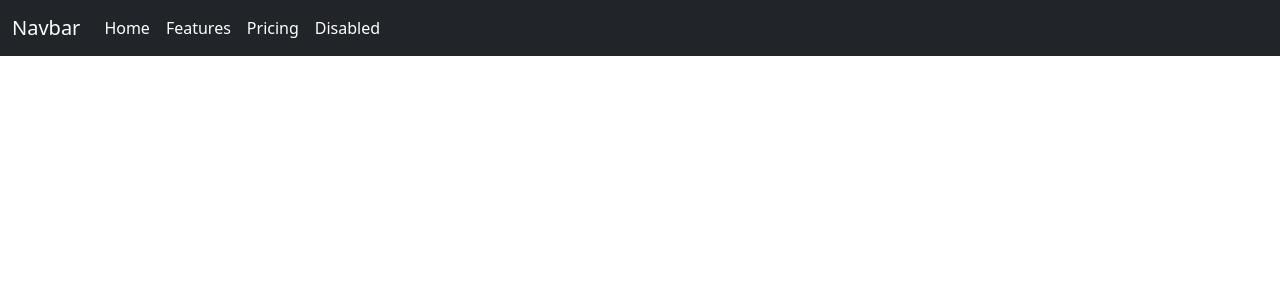
Repository: dhavalmaniyar/divakar
Page: http://localhost/
The author's editor kept a copy of each file at every save. The page is drawn from the files as they stood at one save, then again after the next save.
The browser window is 1280 px wide. The pictures show the whole page.
The page is served by the project's application, run on Django 3.2 (divakar_app/manage.py).

Above is the page before, as saved 2021-12-08 10:37:47.

After the next save:
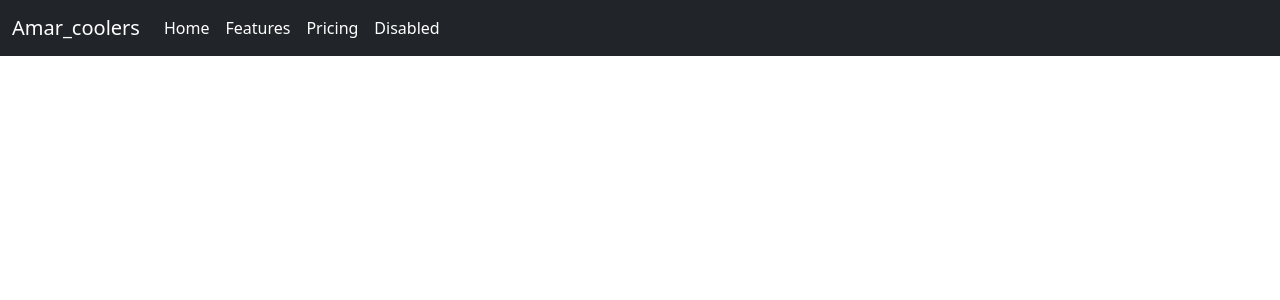
Saved 14 s later.
--- a/divakar_app/templates/base.html
+++ b/divakar_app/templates/base.html
@@ -11,7 +11,7 @@
 <body>
     <nav class="navbar navbar-expand-lg navbar-dark bg-dark">
         <div class="container-fluid">
-          <a class="navbar-brand" href="#">Navbar</a>
+          <a class="navbar-brand" href="#">Amar_coolers</a>
           <button class="navbar-toggler" type="button" data-bs-toggle="collapse" data-bs-target="#navbarNavAltMarkup" aria-controls="navbarNavAltMarkup" aria-expanded="false" aria-label="Toggle navigation">
             <span class="navbar-toggler-icon"></span>
           </button>
